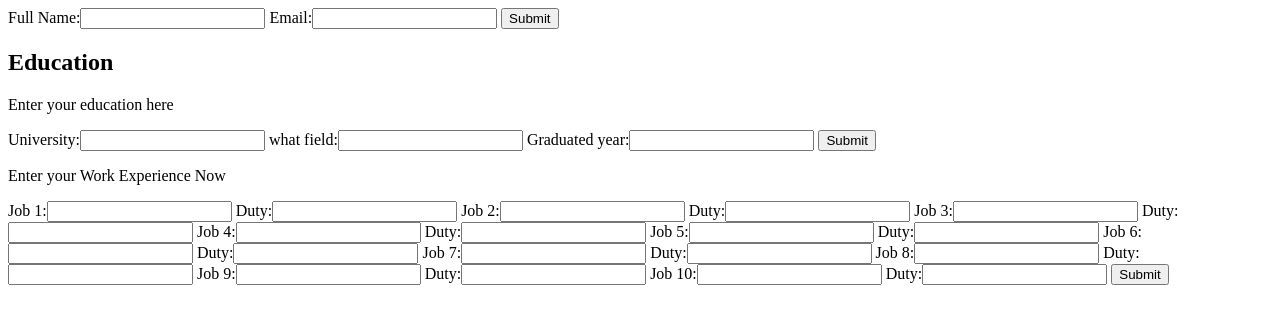
Repository: henokkeleta/SpringIt2
Page: WeekFour/WebContent/Resume1.html
The author's editor kept a copy of each file at every save. The page is drawn from the files as they stood at one save, then again after the next save.
The browser window is 1280 px wide. The pictures show the whole page.

Above is the page before, as saved 2017-06-15 21:20:24.

After the next save:
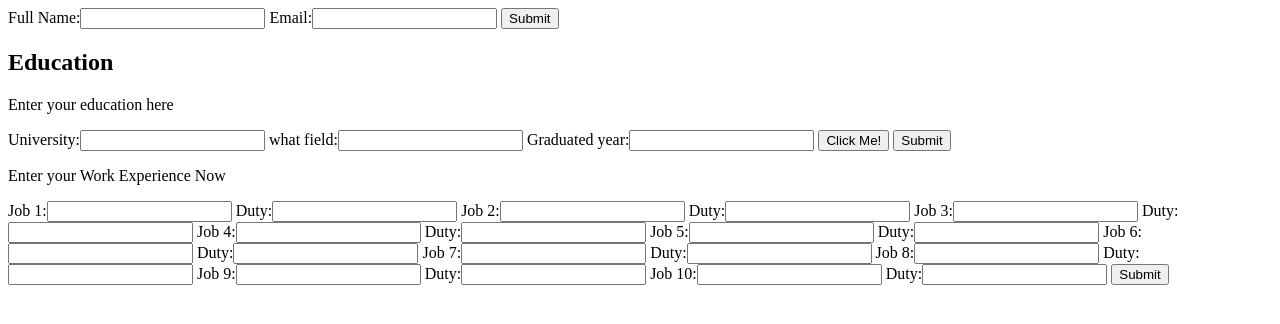
Saved 16 h 12 min later.
--- a/WeekFour/WebContent/Resume1.html
+++ b/WeekFour/WebContent/Resume1.html
@@ -16,6 +16,7 @@ Email:<input type = "text" name = "Email" >
 University:<input type = "text" name = "Education" >
 what field:<input type = "text" name = "Education" >
 Graduated year:<input type = "text" name = "Education" >
+<button type="button" onclick="edu_html.html">Click Me!</button>
 <input type = "Submit" value = "Submit">
 </form>
 <p>Enter your Work Experience Now</p>
